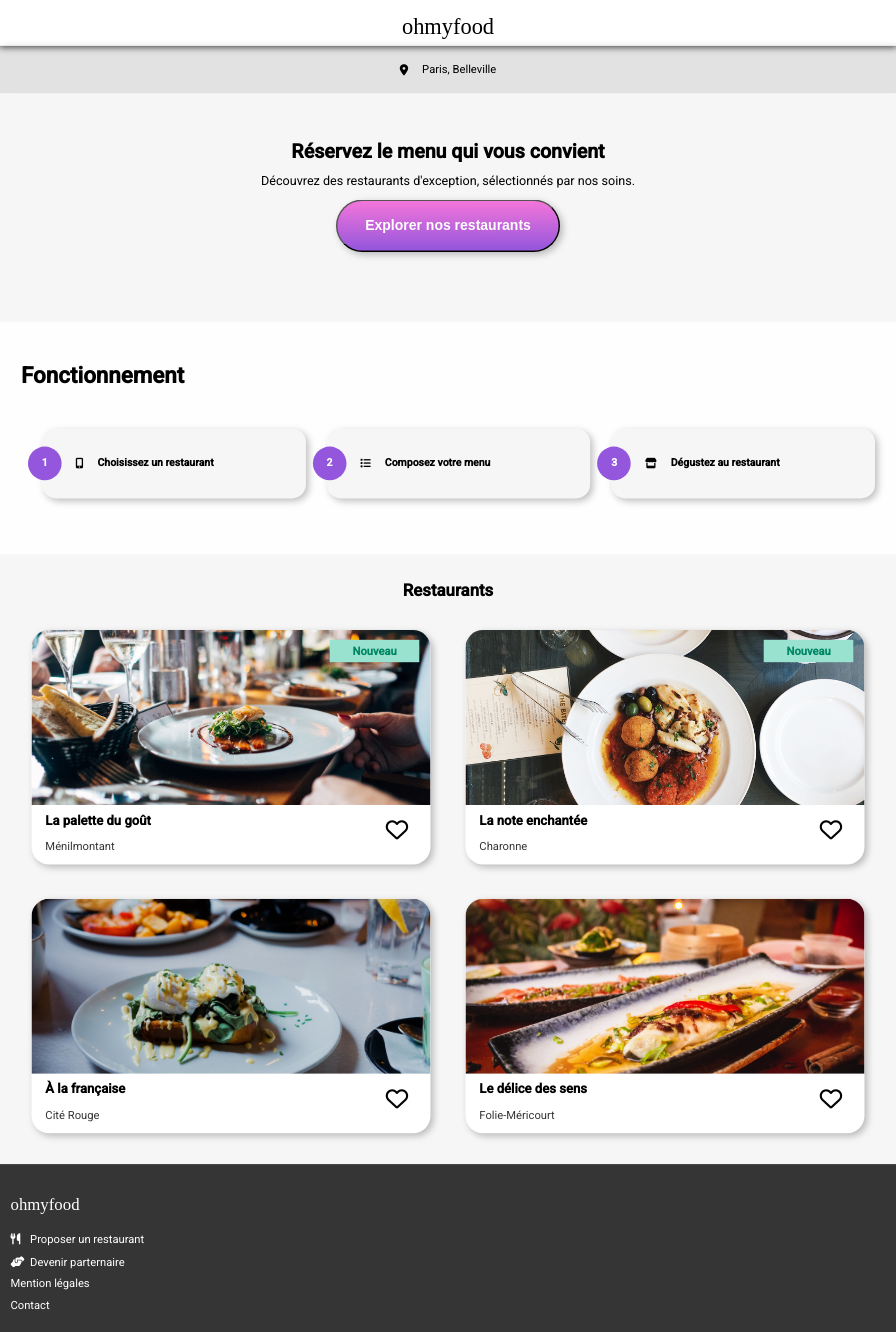
Repository: B-T-N/oc-projet3-
Page: index.html
The author's editor kept a copy of each file at every save. The page is drawn from the files as they stood at one save, then again after a run of saves.
The browser window is 1280 px wide. The pictures show the whole page, at 70% of full size.
Some web fonts or font styles are not loaded; a fallback is used. Some web libraries are served in a nearby version. The style sheet was rebuilt from its Sass, Less or Tailwind sources for each picture, by a compiler version that may differ from the author's.

Above is the page before, as saved 2022-10-24 14:53:17.

### index.html
<!DOCTYPE html>
<html lang="fr">
<head>
    <meta charset="UTF-8">
    <meta http-equiv="X-UA-Compatible" content="IE=edge">
    <link rel="stylesheet" href="./SASS/base/reset.css">
    <link rel="stylesheet" href="./SASS/styles.css">
    <meta name="viewport" content="width=device-width, initial-scale=1.0">
    <title>Oh my food !</title>
    <script src="https://kit.fontawesome.com/b24b8235a5.js"
    crossorigin="anonymous"></script>
</head>
<body>

<section class="loader">
    <span class="lettres">O</span>
    <span class="lettres">H</span>
    <span class="lettres">M</span>
    <span class="lettres">Y</span>
    <span class="lettres">F</span>
    <span class="lettres">O</span>
    <span class="lettres">O</span>
    <span class="lettres">D</span>

    </section>
    <header>
       <div class="logo">
<h1>ohmyfood</h1>
       </div>
    </header>
    <main>

        <div class="home__emplacement">
            <i class="fas fa-map-marker-alt"></i>
            <p>Paris, Belleville</p>
        </div>

        <div class="home__blocreservez">
            <h1>Réservez le menu qui vous convient</h1>
            <p>Découvrez des restaurants d'exception,
                sélectionnés par nos soins.
            </p>
            <button class="explorer"> Explorer nos restaurants</button>
        </div>



        <div class="home__fonctionnemnt">
            <h1>Fonctionnement</h1>
            <ol>

               <li><i class="fa-solid fa-mobile-screen-button"></i> <span class ="fonctionnement__text"> Choisissez un restaurant  </span>
                </li>
            <li><i class="fa-solid fa-list"></i> <span class ="fonctionnement__text"> Composez votre menu  </span>
            </li>
            <li ><i class="fa-solid fa-store"></i><span class ="fonctionnement__text"> Dégustez au restaurant  </span></li>           </ol>
            </div>


        <section class="home__restaurants">

            <h2> Restaurants</h2>
            <div class="home__restaurant__all">


                <div class="home__card__menu">
                    <div class="card">
                    <a href="./page-menu/La_palette_du_gout.html" class="new ">

                    <img class="home__image_menu" src="images/restaurants/la_palette_du_gout.jpg" alt="">
            </a></div>
                <div class="card__texte">
                    <i class=" card-like fa-2x fa-heart far"></i>
                    <h3>La palette du goût</h3>
                    <p>Ménilmontant</p>

                </div>
            </div>

            <div class="home__card__menu">
                <div class="card">
                <a href="./page-menu/La_note_enchantee.html" class="new">
                <img class="home__image_menu" src="images/restaurants/la_note_enchantee.jpg" alt="">
            </a>
        </div>
                <div class="card__texte">
                    <i class=" card-like fa-2x fa-heart far"></i>
                    <h3>La note enchantée</h3>
                    <p>Charonne</p>

                </div>
            </div>

        <div class="home__card__menu">


        <div class="card">
            <a href="./page-menu/a_la_francaise.html">
            <img class="home__image_menu" src="images/restaurants/a_la_francaise.jpg" alt="">
        </a></div>
        <div class="card__texte">
            <i class=" card-like fa-2x fa-heart far"></i>
            <h3>À la française</h3>
            <p>Cité Rouge</p>

        </div>
    </div>
    <div class="home__card__menu">
        <div class="card">
        <a href="./page-menu/Le_délice_des_sens.html">
        <img class="home__image_menu" src="images/restaurants/Le_delice_des_sens.jpg" alt="">
    </a>
</div>
    <div class="card__texte">
        <i class=" card-like fa-2x fa-heart far"></i>
        <h3>Le délice des sens</h3>
        <p>Folie-Méricourt</p>

    </div>
</div></div>

</section>
    </main>
    <footer>
        <h2 class="footer__logo"> ohmyfood</h2>
        <ul class="footer__liste">
        <li class="footer__lien">
            <a class="footer__lien" href="">
                <i class="fas fa-utensils"></i>Proposer un restaurant
            </a>
            </li>
             <li >
            <a class="footer__lien" href="">
                <i class="fas fa-hands-helping"></i>Devenir parternaire
            </a>
            </li>
            <li>
            <a  class="footer__lien" href="">
                Mention légales
           </a></li>

            <li>
            <a  class="footer__lien" href="mail-to:contact@ohmyfood.com">
                Contact
           </a>
            </li>
        </ul>
    </footer>
</body>
</html>

### assets/SASS/base/reset.scss
html,
body,
div,
span,
applet,
object,
iframe,
blockquote,
pre,
a,
abbr,
acronym,
address,
big,
cite,
code,
del,
dfn,
em,
img,
ins,
kbd,
q,
s,
samp,
small,
strike,
strong,
sub,
sup,
tt,
var,
b,
u,
i,
center,
dl,
dt,
dd,
ol,
ul,
li,
fieldset,
form,
label,
legend,
table,
caption,
tbody,
tfoot,
thead,
tr,
th,
td,
article,
aside,
canvas,
details,
embed,
figure,
figcaption,
footer,
header,
hgroup,
menu,
nav,
output,
ruby,
section,
summary,
time,
mark,
audio,
video {
  margin: 0;
  padding: 0;
  border: 0;
  font-size: 100%;
  font: inherit;
  vertical-align: baseline;
}
/* HTML5 display-role reset for older browsers */
article,
aside,
details,
figcaption,
figure,
footer,
header,
hgroup,
menu,
nav,
section {
  display: block;
}
body {
  line-height: 1;
}
ol,
ul {
  list-style: none;
}
blockquote,
q {
  quotes: none;
}
blockquote:before,
blockquote:after,
q:before,
q:after {
  content: "";
  content: none;
}
table {
  border-collapse: collapse;
  border-spacing: 0;
}

### SASS/styles.scss
@use './pages/home.scss' ;
@use './abstracts/index' ;

### SASS/pages/home.scss
@use "../abstracts/index.scss";
@import "../layout/explorer.scss";
@import "../layout/emplacement.scss";
@import "../layout/fonctionnement.scss";
@import "../layout/footer";
@import "../layout/header.scss";
@import "../layout/menu.scss";
@import "../base/typography.scss";
@import "../layout/Loader.scss";
* {
  box-sizing: border-box;
  text-decoration: none;
}
a {
  text-decoration: none;
  color: inherit;
}
/*balises cementique */
main {
  background-color: #fffefe;
}

### SASS/abstracts/_index.scss
@forward '../abstracts/mixins.scss';
@forward '../abstracts/variables.scss';

### SASS/abstracts/mixins.scss
@use "./variables.scss";
@mixin tour {
    @keyframes tour {
      0% {
        transform: rotate(-360deg);
      }
      100% {
        transform: rotate(0);
      }
    }
  }
  @mixin gradien {


    &:active, &:focus{
      background: linear-gradient(variables.$color-primary, variables.$color-secondary);
      color: #fff;
      font-weight: 600;
      transform: scale(1.2);
      transition: 0.5s;
      -webkit-text-fill-color: transparent;
      -webkit-background-clip: text;

    }



      @keyframes like {
        0%{
          transform: scale(0);
        }
        100%{
          transform: scale(1.2);
        }

    }
  }

  @keyframes apparition {
  0%{
    transform: scale(0);
  }
  100%{
    transform: scale(1);
  }
  }
  @mixin shadowbox {
    box-shadow: .25rem .25rem 10px rgba(0,0,0,.25);

   }
   @keyframes texte {
    0%{
        text-shadow: 0 0 7px variables.$color-secondary;
    }
    90%{
        color:variables.$color-primary;
        text-shadow:none;
    }
    100%{
        color:variables.$color-primary;
        text-shadow: 0 0 7px variables.$color-secondary;

    }
}
@keyframes disparu {
  to{
visibility: hidden;
 }
}
@keyframes heart {
 0%{
  transform: scale(0);

 }
 100%{
  transform: scale(1.2);

 }

}

### SASS/abstracts/variables.scss
$color-primary: #9356DC;
$color-secondary: #FF79DA;
$color-tertiary: #99E2D0;
$color-quaternary:#ebeaeb;
$color-quinquennial:#f7f6f7;
$breakpoints:1000px;

### SASS/layout/explorer.scss
@use "../abstracts/index.scss";
.explorer {
  background-color: index.$color-primary;
  background-image: linear-gradient(
    0deg,
    rgba(147, 86, 220, 0.9),
    rgba(255, 121, 218, 0.9)
  );
  @include index.shadowbox;
  padding-left: 40px;
  padding-right: 40px;
  cursor: pointer;
  height: 75px;
  font-size: 20px;
  font-weight: bold;
  border-radius: 60px;
  color: white;
}
.home__blocreservez {
  text-align: center;
  background-color: index.$color-quinquennial;
  padding: 20px;
  padding-top: 50px;
  padding-bottom: 100px;
  h1 {
    font-size: 175%;
    padding-right: 80px;
    padding-left: 80px;
  }
  p {
    font-size: large;
  }
}

### SASS/layout/emplacement.scss
@use "../abstracts/index";
.home__emplacement {
  display: flex;
  justify-content: center;
  align-items: center;
  text-align: center;
  background-color:#e3e2e3;
  padding: 10px;
  @include index.shadowbox;

  i {
    padding-right: 20px;
  }
}

### SASS/layout/fonctionnement.scss
@use "../abstracts/index";

.home__fonctionnemnt {
  padding-bottom: 60px;
  margin-left: 30px;
  margin-right: 30px;
  counter-reset: compteListe;
  flex-wrap: wrap;
  justify-content: space-between;
  h1 {
    margin-top: 60px;
    margin-bottom: 60px;
  }
  & ol {
    display: flex;
    font-weight: bold;
    @media (max-width: index.$breakpoints) {
      flex-direction: column;
    }
    i {
      padding-right: 10px;
      padding-left: 10px;
    }
  }
  & li {
    display: flex;
    align-items: center;
    text-align: center;
    flex-wrap: wrap;
    @include index.shadowbox;
    font-size: 20px;
    margin-bottom: 20px;
    height: 100px;
    border-radius: 20px;
    background-color: index.$color-quinquennial;
    gap: 10px;
    @media (min-width: index.$breakpoints) {
      width: 33%;
      margin-left: 30px;
      font-size: 15px;
    }
    &:hover {
      background-color: #f5edff;
      i {
        color: index.$color-primary;
      }
    }
    &::before {
      counter-increment: compteListe 1;
      content: counter(compteListe) " ";
      color: white;
      background-color: index.$color-primary;
      display: flex;
      justify-content: center;
      align-items: center;
      border-radius: 100%;
      height: 3rem;
      width: 3rem;
      border-radius: 50%;
      margin-left: -20px;
      font-weight: bolder;
    }
  }
}

### SASS/layout/footer.scss
@use "../base/typography.scss";
footer {
  width: 100%;
  padding: 15px;
  background-color: #353535;
  color: white;
  text-decoration: none;
  display: flex;
  flex-direction: column;
  li {
    margin-bottom: 15px;
  }
  i {
    margin-right: 18px;
    height: 10px;
    width: 10px;
  }
}
.footer__logo {
  font-family: "Shrikhand", "cursive";
  font-weight: 500;
  padding-top: 10px;
  padding-bottom: 10px;
}

### SASS/base/typography.scss
@import url("https://fonts.googleapis.com/css2?family=Shrikhand&display=swap");
@import url("https://fonts.googleapis.com/css2?family=Roboto:wght@300;400;500&family=Shrikhand&display=swap");
body, html {
    margin: 0;
    font-family: 'Roboto', sans-serif;
    scroll-behavior: smooth;
  }
 $Shrikhand: 'Shrikhand', 'sans-serif';
 $Roboto:'Roboto', 'sans-serif';

### SASS/layout/header.scss
header {
  z-index: 1;
  position: relative;
  box-shadow: 0px 1px 10px 1px rgba(0, 0, 0, 0.75);
  .logo {
    width: 100%;
    display: flex;
    justify-content: center;
    height: 65px;

    h1 {
      font-family: "Shrikhand", "cursive";
      font-weight: 500;
    }
  }
}

### SASS/layout/menu.scss
@use "../abstracts/index.scss";
.home__restaurants {
  background-color: index.$color-quinquennial;
  width: 100%;
  padding: 20px;
  @media (min-width: index.$breakpoints) {
    display: flex;
    flex-direction: column;
    justify-content: center;
    align-items: center;
  }
  h2 {
    @media (min-width: index.$breakpoints) {
      padding: 0px;
    }

    @media (max-width: index.$breakpoints) {
      display: block;
    }
  }

  .home__restaurants__menu {
    background-color: white;
  }
}
.home__restaurant__all {
  display: flex;
  flex-direction: column;
  align-items: center;
  width: 100%;
  @media (min-width: index.$breakpoints) {
    display: flex;
    flex-wrap: wrap;
    flex-direction: row;
    align-items: center;
  }
}
.home__image_menu {
  width: 100%;
  height: 250px;
  border-radius: 25px 25px 0px 0px;
  object-fit: cover;
  position: relative;
}

.home__card__menu {
  width: 98%;
  background-color: white;
  border-radius: 25px;
  margin-bottom: 25px;
  padding-bottom: 10px;
  @include index.shadowbox;
  .new {
    position: relative;
  }
  .new::before {
    content: "Nouveau";
    position: absolute;
    height: 2rem;
    width: 8rem;
    background-color: index.$color-tertiary;
    color: #008766;
    display: flex;
    align-items: center;
    right: 1rem;
    bottom: 13em;
    z-index: 1;
    justify-content: center;
    font-weight: bold;
  }
  &-img {
    width: 100%;
  }
  @media (min-width: index.$breakpoints) {
    width: 46%;
    margin: 2%;
  }

  @media (min-width: index.$breakpoints) {
  }
  .card__texte {
    position: relative;
    display: flex;
    flex-direction: column;
    line-height: 1px;
    padding-left: 20px;
    p {
      color: #353535;
    }

    .card-like {
      position: absolute;
      cursor: pointer;
      right: 1em;
      top: 0.5em;
      @media (min-width: index.$breakpoints) {
        ::before {
          position: absolute;
          left: 10em;
        }
      }
      @include index.gradien;
    }
  }
}

### SASS/layout/Loader.scss
@use "../abstracts/index";
.loader {
  position: absolute;
  width: 100%;
  height: 100%;
  background-color: index.$color-quinquennial;
  display: flex;
  justify-content: center;
  align-items: center;
  z-index: 5;
  animation: disparu 2s forwards ease-in-out;
  transition-duration: 1s;
  opacity: 0.9;
}

.lettres {
  color: index.$color-primary;
  font-size: 80px;
  letter-spacing: 15px;
  margin-bottom: 100px;
  animation: texte 1.5s linear infinite;
}
.lettres:nth-child(1) {
  animation-delay: 0.1s;
  color: index.$color-tertiary;
}
.lettres:nth-child(2) {
  animation-delay: 0.2s;
  color: index.$color-secondary;
}
.lettres:nth-child(3) {
  animation-delay: 0.3s;
  color: index.$color-primary;
}
.lettres:nth-child(4) {
  animation-delay: 0.4s;
  color: index.$color-tertiary;
}
.lettres:nth-child(5) {
  animation-delay: 0.5s;
  color: index.$color-secondary;
}
.lettres:nth-child(6) {
  animation-delay: 0.6s;
  color: index.$color-primary;
}
.lettres:nth-child(7) {
  animation-delay: 0.7s;
  color: index.$color-tertiary;
}
.lettres:nth-child(8) {
  animation-delay: 0.8s;
  color: index.$color-secondary;
}

After the next 2 saves:
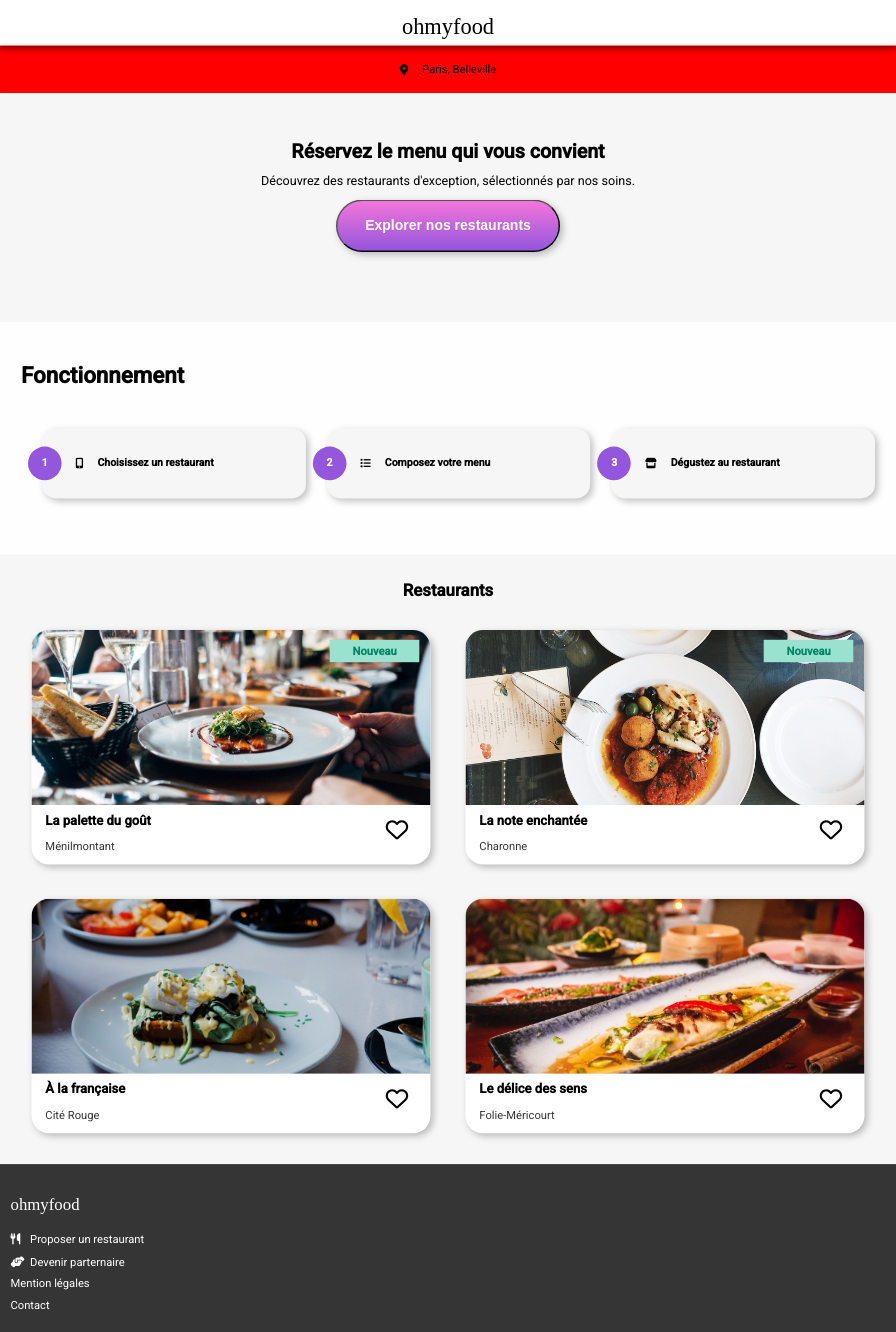
The 2 saves are shown as one change because they came seconds apart.
The last was saved 2 min 5 s later.
--- a/SASS/layout/emplacement.scss
+++ b/SASS/layout/emplacement.scss
@@ -4,7 +4,7 @@
   justify-content: center;
   align-items: center;
   text-align: center;
-  background-color:#e3e2e3;
+  background-color:red;
   padding: 10px;
   @include index.shadowbox;
 

After the 2 saves that followed:
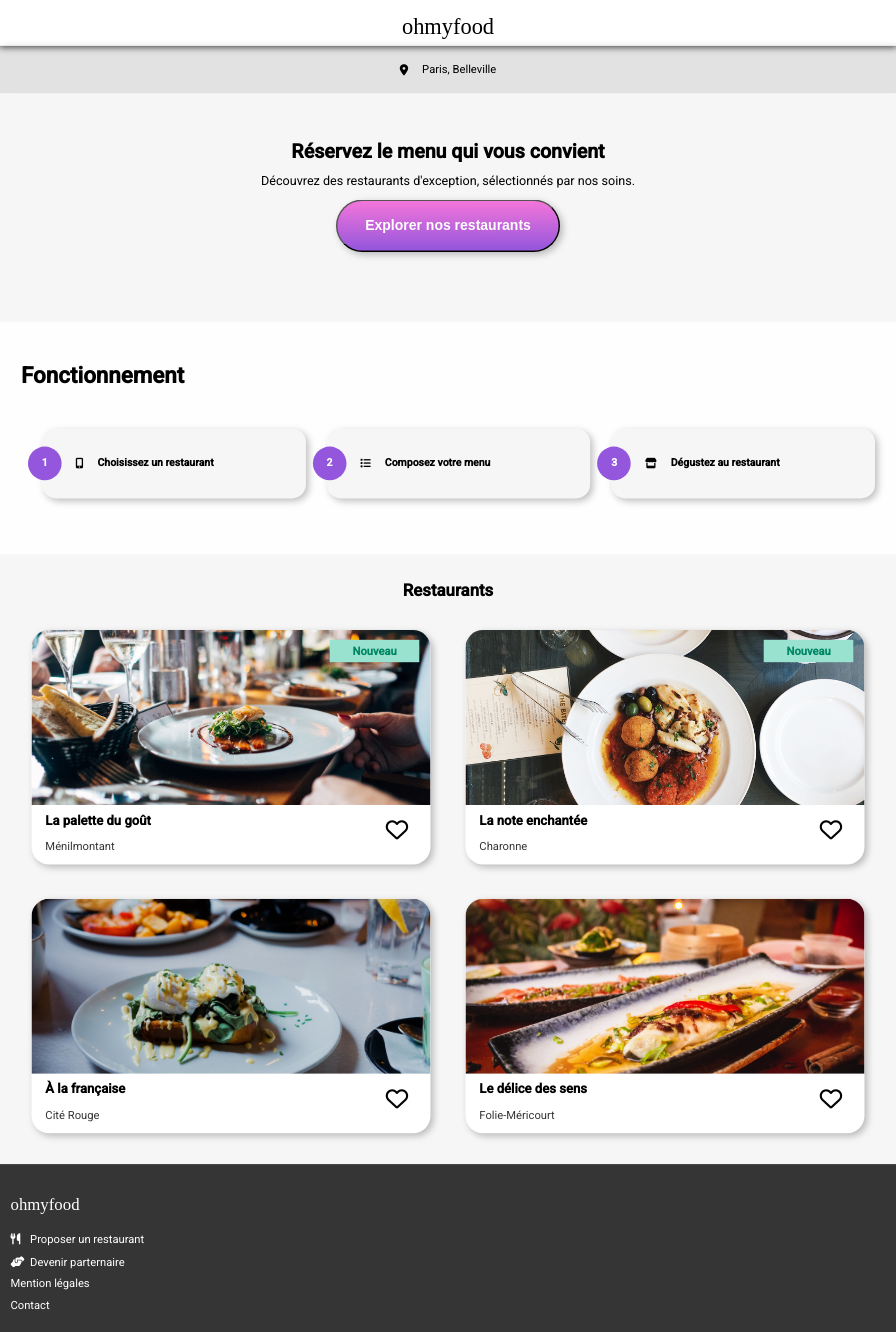
The 2 saves are shown as one change because they came seconds apart.
The last was saved 15 s later.
--- a/SASS/layout/emplacement.scss
+++ b/SASS/layout/emplacement.scss
@@ -4,7 +4,7 @@
   justify-content: center;
   align-items: center;
   text-align: center;
-  background-color:red;
+  background-color:#e3e2e3;
   padding: 10px;
   @include index.shadowbox;
 
